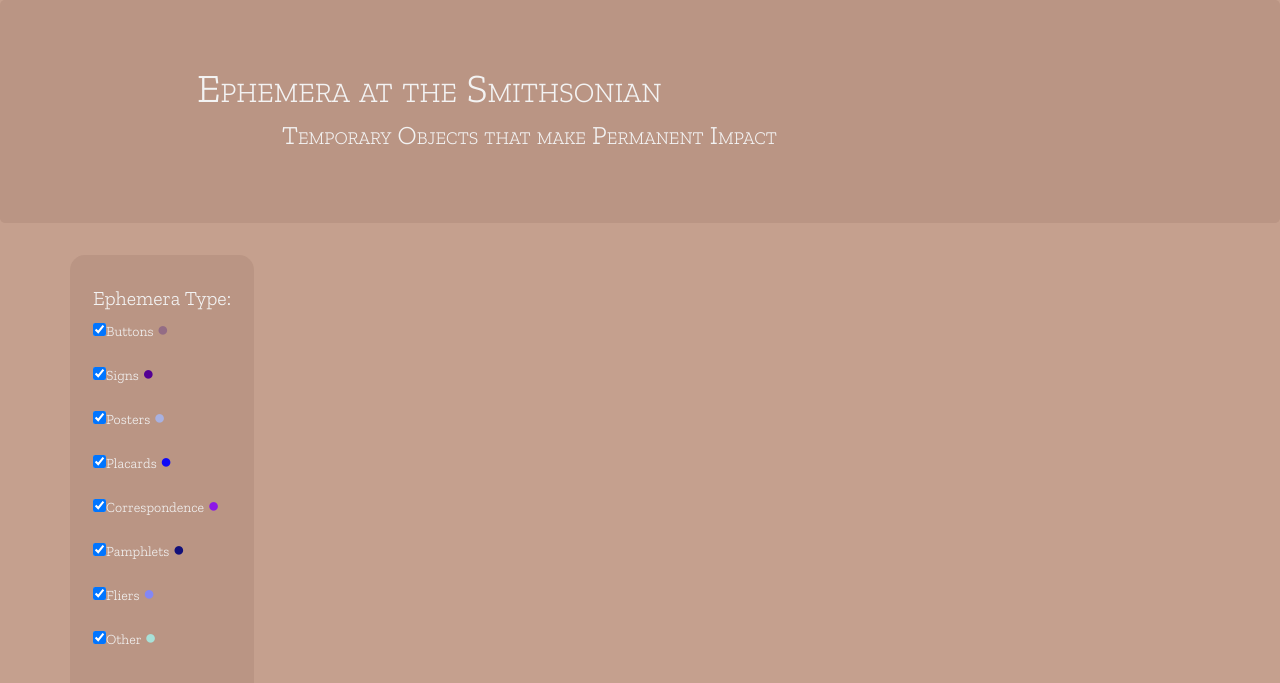
Repository: m0llyc00k/Major-studio-1
Page: Qualitative/examples-beeswarm/index-2.html
The author's editor kept a record of every edit. The page is drawn from the files as they stood at one moment, then again after the next edit.
The browser window is 1280 px wide. The pictures show the whole page.
The page's requests for data from a server got no answer.

Above is the page before.

After the next edit:
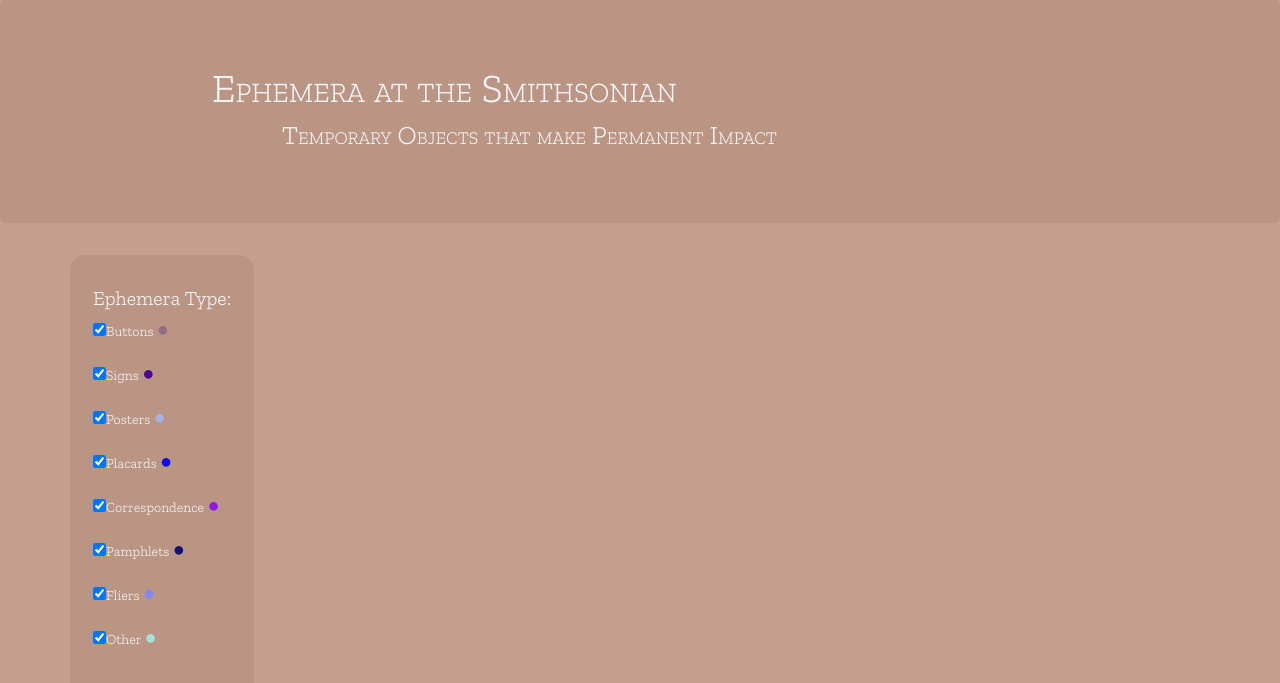
The edit:
--- a/Qualitative/examples-beeswarm/index-2.html
+++ b/Qualitative/examples-beeswarm/index-2.html
@@ -92,7 +92,7 @@
             font-size: 40px;
             text-align: left;
             color: #F3F3F3;
-            padding-left: 165px;
+            padding-left: 180px;
             font-variant: small-caps;
 
         }
